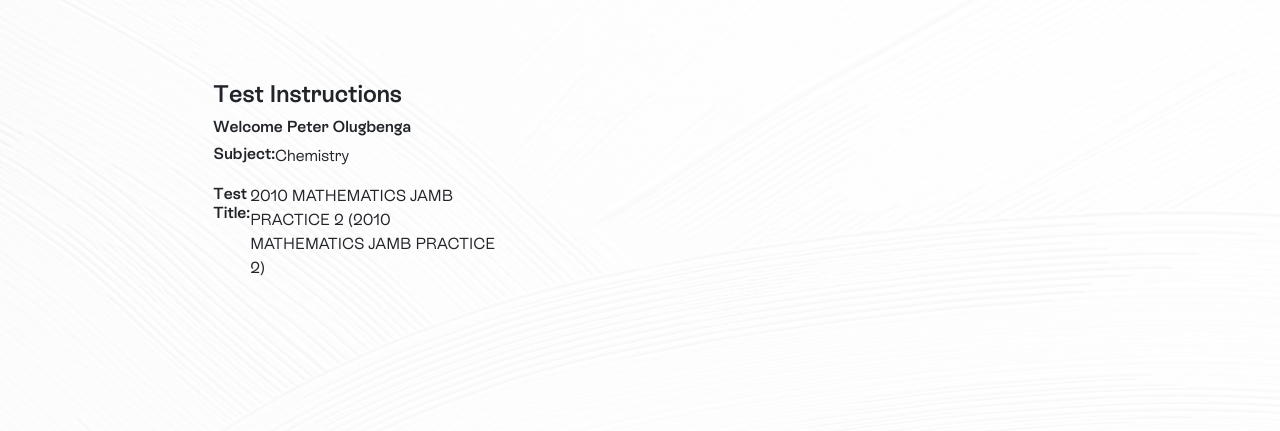
Repository: sarahnnanyelugo/educare-cbt
Page: /test-instructions
The author's editor kept a copy of each file at every save. The page is drawn from the files as they stood at one save, then again after the next save.
The browser window is 1280 px wide. The pictures show the whole page.
The project was rebuilt for these pictures with package versions that can differ from the ones it lists, and the page was loaded fresh each time. Also part of the build but not shown: src/components/Form/Form.js, src/pages/AuthenticationPage/auth.scss, src/pages/AuthenticationPage/AuthenticationPage.js, src/components/Exams/exams.scss, src/components/TestModal/test-modal.scss, src/components/TestModal/TestModal.js, src/components/Exams/Exams.js, src/TestData/examsData.js and 3 more. Imported but missing from the stored project, and not drawn on this page: src/components/Form/Password, src/components/GoogleButton/GoogleButton.

Above is the page before, as saved 2023-11-05 03:20:49.

### src/App.js
import logo from "./logo.svg";
import "./App.css";
import "bootstrap/dist/css/bootstrap.min.css";
import { BrowserRouter, Routes, Route, Link, Outlet } from "react-router-dom";
import { AuthenticationPage } from "./pages/AuthenticationPage/AuthenticationPage";
import { Home } from "./pages/Home/Home";
import ScrollToTop from "./components/scrollToTop";
import { Navbar } from "./components/Navbar/Navbar";
import { TestInstructions } from "./pages/TestInstructions/TestInstructions";
function App() {
  return (
    <>
      <ScrollToTop />
      <Navbar />
      <Routes>
        <Route path="/" element={<AuthenticationPage />} />{" "}
        <Route path="home" element={<Home />} />{" "}
        <Route path="test-instructions" element={<TestInstructions />} />{" "}
      </Routes>
    </>
  );
}

export default App;

### src/App.css
@font-face {
  font-family: rebondG;
  src: url(./assets/fonts/Rebond_font/RebondG.otf);
}
@font-face {
  font-family: rebondG-Bold;
  src: url(./assets/fonts/Rebond_font/RebondG-Bold.otf);
}
@font-face {
  font-family: rebondG-Semi-Bold;
  src: url(./assets/fonts/Rebond_font/Rebond-semibold.otf);
}
@font-face {
  font-family: rebondG-Medium;
  src: url(./assets/fonts/Rebond_font/RebondGrotesqueMedium.otf);
}
@font-face {
  font-family: rebondBook;
  src: url(./assets/fonts/Rebond_font/RebondG-Book.ttf);
}

h1,
h2,
h3,
h4,
h5,
h6 {
  font-family: rebondG-Semi-Bold;
}

p {
  font-family: rebondBook;
  font-size: 16px;
}
small {
  font-family: rebondBook;
}
button {
  font-family: rebondG-Semi-Bold;
}
@media screen and (min-width: 620px) {
  .flexy {
    display: flex;
  }
}
@media screen and (max-width: 620px) {
  .flexyM {
    display: flex;
  }
}

### src/components/Navbar/Navbar.js
import React, { useEffect, useRef, useState } from "react";
import "./navbar.scss";
import Logo from "../../assets/images/logo.png";
import { Link, NavLink } from "react-router-dom";
import { useLocation } from "react-router-dom";

export const Navbar = () => {
  const location = useLocation();
  const prevUrlRef = useRef(null);
  const [showNav, setShowNav] = useState(true);
  useEffect(() => {
    const currentUrl = window.location.pathname;
    if (prevUrlRef.current !== currentUrl) {
      prevUrlRef.current = currentUrl;
      console.log(currentUrl);
      setTimeout(() => {
        switch (currentUrl) {
          case "/":
            setShowNav(false);
            break;
          case "/test-instructions":
            setShowNav(false);
            break;

          default:
            setShowNav(true);
            break;
        }
        localStorage.setItem("showNav", showNav);
      }, 200);
    }
  });
  return (
    <div className={`nav-container flexy ${showNav ? "" : "hide"} `}>
      <div className="logo-holder  col-md-1 flexy ">
        {" "}
        <Link to={"/"}>
          {" "}
          <img className="   logo" src={Logo} alt="Scholar" width="50%" />
        </Link>
      </div>
      <div className="flexy navs">
        <NavLink activeclassName="active" className="navlinks" to={"/home"}>
          <button> Home</button>
        </NavLink>{" "}
        <NavLink
          activeclassName="active"
          className="navlinks"
          to={"/test-analysis"}
        >
          <button> Test Analysis</button>
        </NavLink>{" "}
        <NavLink activeclassName="active" className="navlinks" to={"/wallet"}>
          <button> Wallet</button>
        </NavLink>
      </div>
    </div>
  );
};

### src/pages/TestInstructions/TestInstructions.js
import React from "react";
import "./test-instructions.scss";
import Alert from "../../assets/images/alert.svg";

export const TestInstructions = () => {
  return (
    <div className="test-instructions-div">
      <div className="col-md-8 offset-md-2 instructions">
        <div className="title-div">
          {" "}
          <h4>Test Instructions</h4>
        </div>
        <div className="flexy">
          <div className="col-md-4">
            <h6>Welcome Peter Olugbenga</h6>
            <div className="flexy flexyM">
              {" "}
              <h6>Subject:</h6>
              <p>Chemistry</p>
            </div>
            <div className="flexy flexyM">
              <h6>Test Title:</h6>
              <p>
                2010 MATHEMATICS JAMB PRACTICE 2 (2010 MATHEMATICS JAMB PRACTICE
                2)
              </p>
            </div>
          </div>
        </div>
      </div>
    </div>
  );
};

### src/components/Navbar/navbar.scss
.nav-container {
  padding: 5px 60px;
  box-shadow: 0px 3px 6px #00000029;
  background: #fff;
  .logo-holder {
    flex-grow: 1;
  }
  .navs {
    flex-grow: 1;
    .navlinks {
      button {
        margin: 0 10px;
        padding: 5px 13px;
        border: none;
        color: #000;
        margin-top: 10px;
        text-decoration: none;
        font-size: 14px;
        border-radius: 100px;
        background: #fff;
        font-family: rebondG-Medium;
      }
    }
  }
}
.active {
  button {
    color: #2f67d8 !important;
    background: #c7d8fa !important;
  }
}

### src/pages/TestInstructions/test-instructions.scss
.test-instructions-div {
  padding-top: 80px;
  padding-bottom: 250px;
  background: url("../../assets/images/brush-bg.png");
  background-size: cover;
  background-repeat: no-repeat;
  //   background-position: center;
}

### src/components/Form/form.scss
@import "../../variables";
@import "../../shared-styles";

.form-container {
  border: solid 1px rgb(255, 255, 255);
  border-radius: 15px;
  box-shadow: 0 0 1px 1px rgb(221, 221, 221);
  padding: 30px 20px 50px 20px;
  background: #fff;
  .or {
    .bodda {
      border-top: solid 1px #efefef;
      margin-top: 30px;
    }
    p {
      margin-top: 15px;
    }
  }
  .form-heading {
    color: #161617;
    font-size: 16px;
  }
}

.form {
  width: 100%;
  position: relative;
  height: fit-content;
  overflow: hidden;
}

.form input {
  width: 100%;
  height: 100%;
  color: #191919;
  padding-top: 10px;
  padding-bottom: 10px;
  padding-left: 20px;
  border-radius: 10px;
  height: 40px;
  margin-top: 20px;
  border: solid 1px #e7e7e7;
  background: #fff;
  font-family: rebondG-Semi-Bold;
}
.form label {
  position: absolute;
  bottom: 4px;
  left: 20px;
  width: 100%;
  height: 100%;
  font-size: 12px;
  font-family: rebondG;
  color: #161617;
  pointer-events: none;
}
.form label::after {
  content: "";
  position: absolute;
  bottom: -1px;
  left: 0px;
  width: 100%;
  height: 100%;
  transform: translateX(-100%);
  transition: all 0.3s ease;
}

.content-name {
  position: absolute;
  bottom: 0px;
  left: 0px;
  padding-bottom: 5px;
  transition: all 0.3s ease;
}
.form input:focus {
  outline: none;
}
.form input:focus + .label-name .content-name,
.form input:valid + .label-name .content-name {
  transform: translateY(-100%);
  font-size: 8px;
  left: 0px;
  color: black;
}
.form input:focus + .label-name::after,
.form input:valid + .label-name::after {
  transform: translateX(0%);
}
.password-input {
  input {
    border: solid 1px #edecec !important;
    padding: 9px 5px;
    border-radius: 10px;
    background: #fff !important;
    width: 100% !important;
    height: 40px;
  }
  img {
    margin-left: -35px;
    border-right: solid 1px rgb(226, 220, 220) !important;
    border-radius: 7px;
    @media screen and (max-width: 620px) {
      margin-left: -18px;
    }
  }
}
.formButton {
  color: #fff;
  border: none;
  padding: 10px 0;
  border-radius: 35px;
  margin-top: 30px;
  width: 100%;
  font-size: 16px !important;
  font-weight: bold !important;
  font-family: rebondG-Medium;
  background: #2f67d8;
  &:hover {
    background: #1e4ba7;
    transition: 0.5 ease;
  }
  @media screen and (max-width: 620px) {
  }
}
.css-qbdosj-Input {
  padding: 6px 5px !important;
}
.css-13cymwt-control {
  border-radius: 10px !important;
  height: 40px !important;
  border: solid 1px rgb(236, 233, 233) !important;
}
//////////////////////////////////////////////////////////////////////////////////////////

.formpassword {
  width: 100%;
  position: relative;
  height: fit-content;
  overflow: hidden;
}

.formpassword input {
  width: 100%;
  height: 100%;
  color: #191919;
  padding-top: 10px;
  padding-bottom: 10px;
  padding-left: 20px;
  border-radius: 10px;
  height: 40px;
  margin-top: 20px;
  border: solid 1px #e7e7e7;
  background: #fff;
  font-family: rebondG-Semi-Bold;
}
.formpassword label {
  position: absolute;
  bottom: 4px;
  left: 20px;
  width: 100%;
  height: 100%;
  font-size: 12px;
  font-family: rebondG;
  color: #161617;
  pointer-events: none;
}
.formpassword label::after {
  content: "";
  position: absolute;
  bottom: -1px;
  left: 0px;
  width: 100%;
  height: 100%;
  transform: translateX(-100%);
  transition: all 0.3s ease;
}

.content-name {
  position: absolute;
  bottom: 0px;
  left: 0px;
  padding-bottom: 5px;
  transition: all 0.3s ease;
}
.formpassword input:focus {
  outline: none;
}
.formpassword input:focus + .label-name .content-name,
.formpassword input:valid + .label-name .content-name {
  transform: translateY(-100%);
  font-size: 8px;
  left: 0px;
  color: black;
}
.formpassword input:focus + .label-name::after,
.formpassword input:valid + .label-name::after {
  transform: translateX(0%);
}
.css-1jqq78o-placeholder {
  font-family: rebondBook !important;
  color: #161617 !important;
  font-size: 12px !important;
  font-family: rebondBook !important ;
}
.PhoneInputCountry {
  background: #fff !important;
}
.hide {
  display: none;
}
.show {
  display: block;
}

### src/_variables.scss
$blue: #0098da;
$lightblue: #e1f2fa;
$purple: #5044b2;
@mixin get-started-button {
  color: #fff;
  border-radius: 35px;
  border: solid 1px #414244;
  padding: 8px 20px;
  font-size: 14px;
  font-family: rebondG-Semi-Bold;

  // &:hover {
  //   background: #30266b;
  //   transition: 0.5s ease;
  // }
}
@mixin main-btn {
  background: #2f67d8 !important;
  color: #fff;
  border-radius: 100px;
  // padding: 8px 20px;
  width: 91px;
  height: 36px;
  font-size: 14px;
  border: solid 1px #414244;
  font-family: rebondG-Semi-Bold;

  &:hover {
    background: #1e4ba7 !important;
    transition: 0.5s ease;
  }
}

### src/_shared-styles.scss
.mt1 {
  margin-top: 10px;
}
.mt2 {
  margin-top: 20px;
}
.mt3 {
  margin-top: 30px;
}
.mt4 {
  margin-top: 40px;
}
.mt5 {
  margin-top: 50px;
}
.mt6 {
  margin-top: 60px;
}
.mt7 {
  margin-top: 70px;
}
.mt8 {
  margin-top: 80px;
}
.mt9 {
  margin-top: 90px;
}
.mt {
  margin-top: 140px;
}
.mtt {
  margin-top: 200px;
}
.bb {
  border-bottom: solid 1px rgb(233, 229, 229);
}
.bt {
  border-top: solid 1px rgb(233, 229, 229);
}
.pd {
  padding: 80px 0;
}
.br {
  border-right: solid 1px rgb(233, 229, 229);
}
.no-m {
  @media screen and (max-width: 620px) {
    margin: 0 !important;
  }
}
.ml {
  margin-left: 10px;
}
.ml4 {
  margin-left: 40px;
}
.ml3 {
  margin-left: 30px;
}

.features-link {
  color: #191919;
  text-decoration: none;
  &:hover {
    color: #191919;
  }
}

.mb5 {
  margin-bottom: 50px;
}
.mb4 {
  margin-bottom: 40px;
}

.no-margin {
  @media screen and (max-width: 620px) {
    margin-top: 0px !important;
    text-align: center;
  }
}
.grad2 {
  background: rgb(255, 255, 255);
  background: linear-gradient(
    180deg,
    rgba(255, 255, 255, 1) 28%,
    rgba(240, 240, 240, 1) 48%,
    rgba(255, 255, 255, 1) 75%
  );
}
.dn {
  @media screen and (max-width: 620px) {
    display: none;
  }
}
.dnW {
  @media screen and (min-width: 620px) {
    display: none;
  }
}
.dnM {
  @media screen and (max-width: 620px) {
    display: none;
  }
}
.img-resolv {
  width: 90%;
  @media screen and (max-width: 620px) {
    width: 100%;
  }
}
.link {
  font-size: 12px;
  text-decoration: none;
  color: #000;
  font-family: rebondG-Semi-Bold;
  margin-bottom: 0 !important;
}
.link2 {
  font-size: 12px;
  text-decoration: none;
  color: #2f67d8;
  font-family: rebondG-Semi-Bold;
}

Loaded but not shown: public/index.html (common file); src/index.js (common file); src/index.css (common file); src/reportWebVitals.js (common file); src/components/scrollToTop.js (common file)

After the next save:
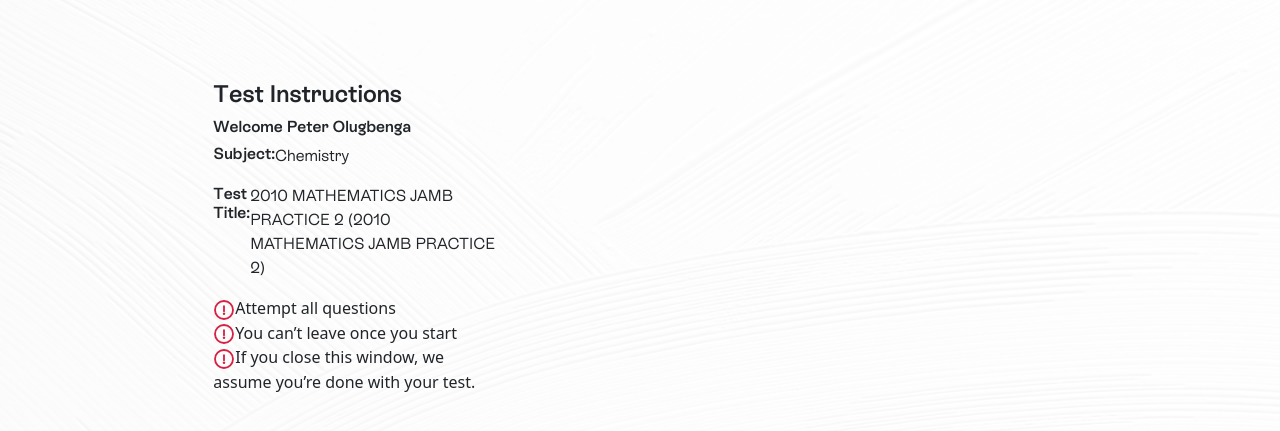
Saved 105 s later.
--- a/src/pages/TestInstructions/TestInstructions.js
+++ b/src/pages/TestInstructions/TestInstructions.js
@@ -25,6 +25,21 @@
                 2)
               </p>
             </div>
+            <ul className="list-unstyled">
+              <li>
+                <img src={Alert} alt="logo" width="22px" height="22px" />
+                Attempt all questions
+              </li>
+              <li>
+                {" "}
+                <img src={Alert} alt="logo" width="22px" height="22px" />
+                You can’t leave once you start
+              </li>
+              <li>
+                <img src={Alert} alt="logo" width="22px" height="22px" />
+                If you close this window, we assume you’re done with your test.
+              </li>
+            </ul>
           </div>
         </div>
       </div>
